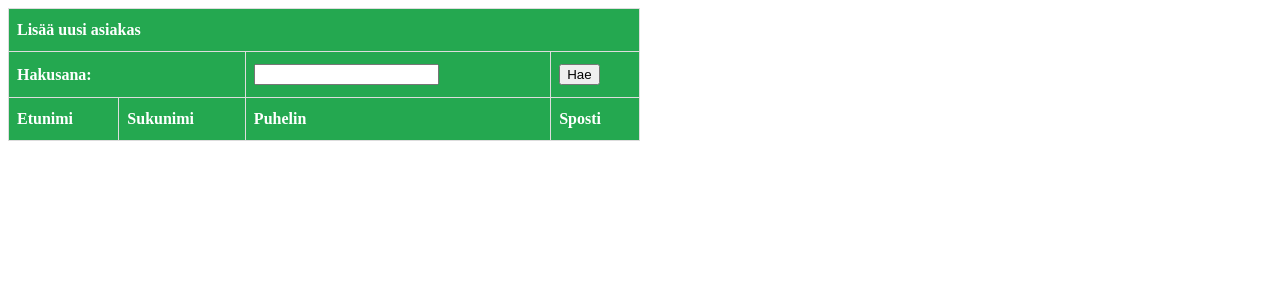
Repository: Lateh13/Asiakkaat
Page: http://localhost/Asiakkaat/listaaasiakkaat.jsp
These files come from the project's save history. The page is drawn as it stood at one moment and after the next save; the edit follows.
The browser window is 1280 px wide. The pictures show the whole page.
The page is served by Tomcat 9. Queries for data that is not in the repository find no rows.

Above is the page before, as saved 2020-04-29 16:03:29.

After the next save:
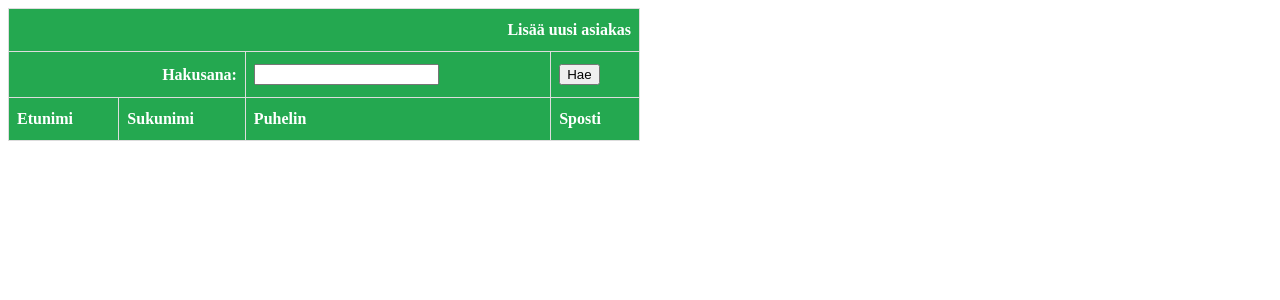
Saved 1 s later.
--- a/Asiakkaat/WebContent/listaaasiakkaat.jsp
+++ b/Asiakkaat/WebContent/listaaasiakkaat.jsp
@@ -12,10 +12,10 @@
 <table id="listaus">
 	<thead>
 		<tr>
-			<th colspan="4" class="th1"><span id="uusiAsiakas">Lisää uusi asiakas</span></th>
+			<th colspan="4" class="oikealle"><span id="uusiAsiakas">Lisää uusi asiakas</span></th>
 		</tr>
 		<tr>
-			<th id="th1" colspan="2">Hakusana:</th>
+			<th class="oikealle" colspan="2">Hakusana:</th>
 			<th><input type="text" name="haku" id="haettava" size="20"></th>
 			<th><input type="submit" value="Hae" id="hakunappi"></th>
 		</tr>
